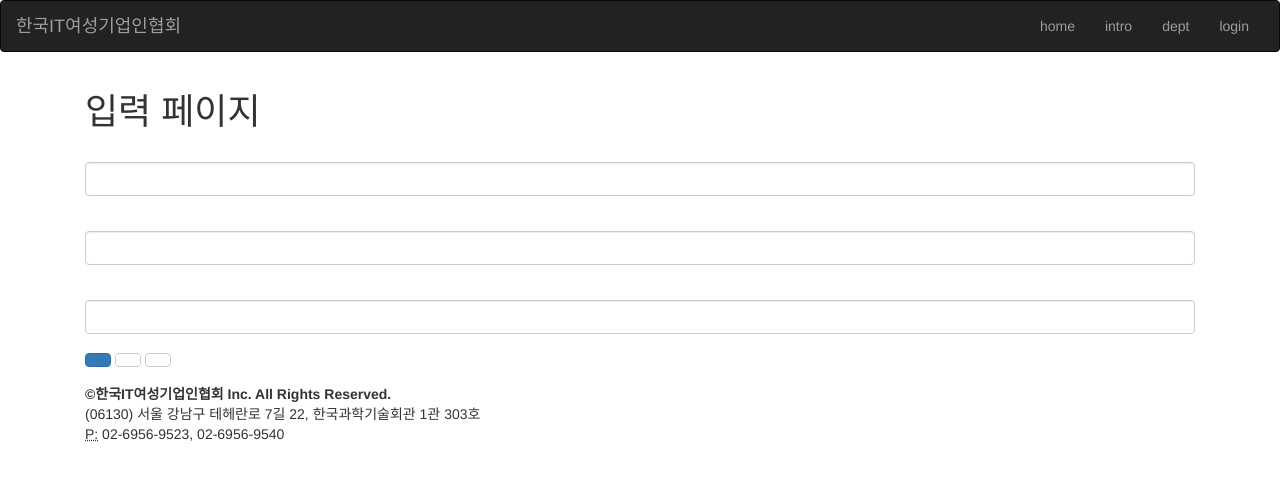
Repository: minho00123/sw-professional-training
Page: http://localhost/sts05/WEB-INF/views/dept/one.jsp
These files come from the project's save history. The page is drawn as it stood at one moment and after the next save; the edit follows.
The browser window is 1280 px wide. The pictures show the whole page.
The page is served by Tomcat 9. Nobody is signed in. The template is opened directly, without the code that normally fills it, so the values that code supplies are empty.

Above is the page before, as saved 2025-05-19 05:22:59.

After the next save:
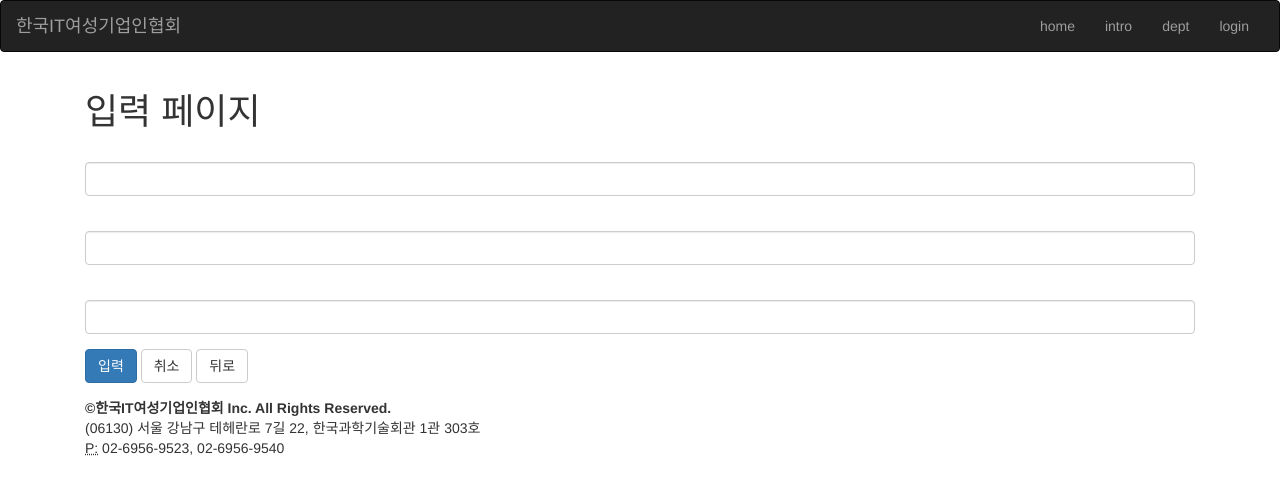
Saved 7 s later.
--- a/stsWorkspace/sts05/src/main/webapp/WEB-INF/views/dept/one.jsp
+++ b/stsWorkspace/sts05/src/main/webapp/WEB-INF/views/dept/one.jsp
@@ -21,9 +21,9 @@
 			<label></label><input name="" class="form-control" />
 		</div>
 		<div class="form-group">
-			<button type="submit" class="btn btn-primary"></button>
-			<button type="reset" class="btn btn-default"></button>
-			<button type="button" class="btn btn-default"></button>
+			<button type="submit" class="btn btn-primary">입력</button>
+			<button type="reset" class="btn btn-default">취소</button>
+			<button type="button" class="btn btn-default">뒤로</button>
 		</div>
 	</form>
 	<%@ include file="../layout/footer.jspf"%>
